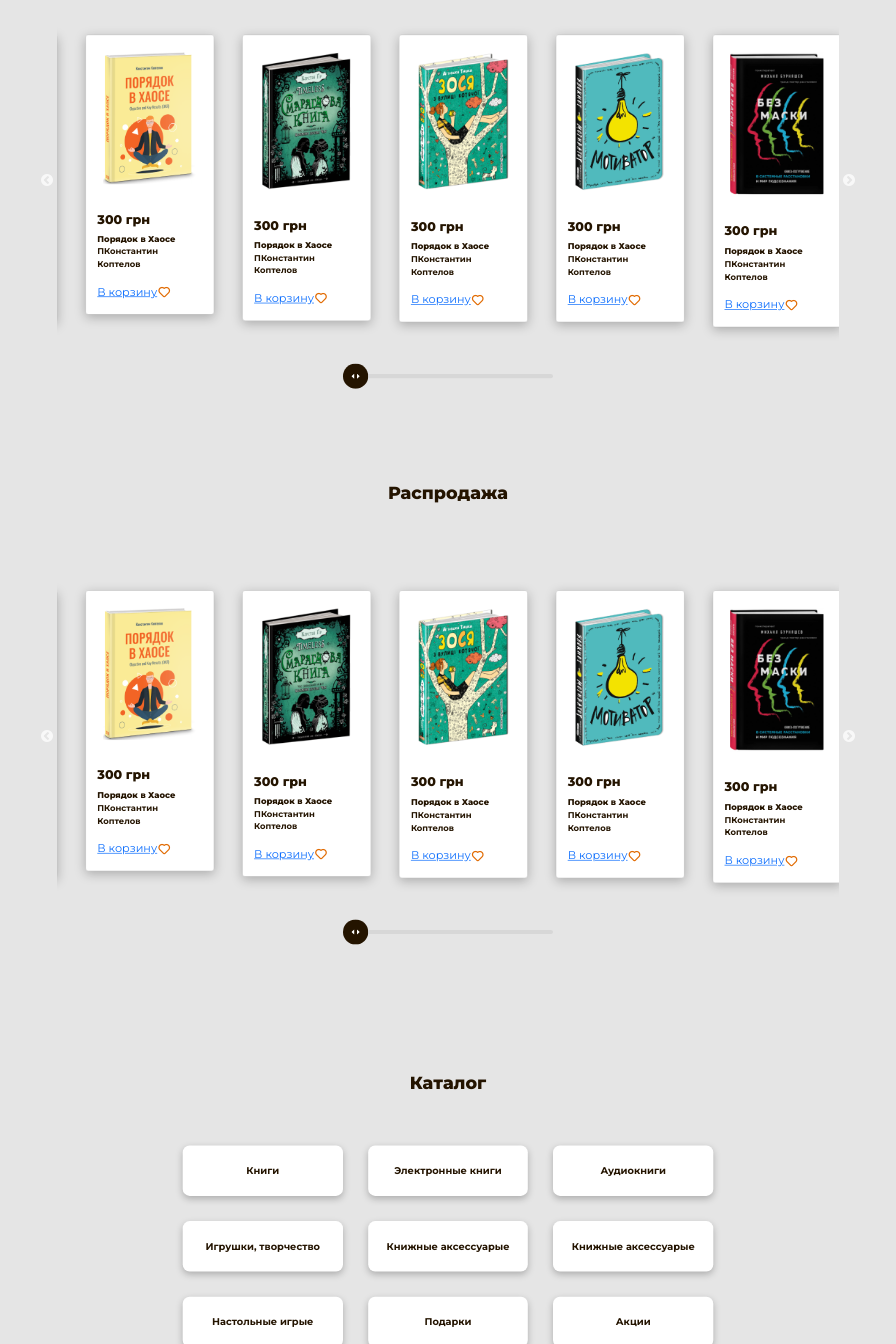
Repository: saidabbasun/New-folder
Page: /
The author's editor kept a copy of each file at every save. The page is drawn from the files as they stood at one save, then again after the next save.
The browser window is 1280 px wide. The pictures show the part of the page from y = 768 to 2688 px (the page is 3972 px tall before and 4008 px after), at 70% of full size.
The project was rebuilt for these pictures with package versions that can differ from the ones it lists, and the page was loaded fresh each time.

Above is the page before, as saved 2022-05-31 09:04:37.

### public/index.html
<!DOCTYPE html>
<html lang="en">
  <head>
    <meta charset="utf-8" />
    <link rel="icon" href="%PUBLIC_URL%/favicon.ico" />
    <meta name="viewport" content="width=device-width, initial-scale=1" />
    <meta name="theme-color" content="#000000" />

    <meta
      name="description"
      content="Web site created using create-react-app"
    />
    <link rel="stylesheet" href="https://unicons.iconscout.com/release/v4.0.0/css/line.css">

    <link href="https://cdn.jsdelivr.net/npm/bootstrap@5.0.2/dist/css/bootstrap.min.css" rel="stylesheet" integrity="sha384-EVSTQN3/azprG1Anm3QDgpJLIm9Nao0Yz1ztcQTwFspd3yD65VohhpuuCOmLASjC" crossorigin="anonymous">
    <title>React App</title>
  </head>
  <body>
    <noscript>You need to enable JavaScript to run this app.</noscript>
    <div id="root"></div>
    <script src="https://cdn.jsdelivr.net/npm/bootstrap@5.2.0-beta1/dist/js/bootstrap.bundle.min.js" ></script>

  </body>
</html>

### src/Components/Home/Home.jsx
import React from 'react'
import Header from './Header'
import Slider from '../../assets/img/Слайдер.png'
import '../../Style/Home/Home.scss';
import { Link } from 'react-router-dom';
const Home = () => {
  return (
    <div >
      <Header/>
      <div className=" container-xl pb-5 mb-5 Aktsiya " id='Aktsiya'  >

      <div className="card">
  <div className="card-body ">
    <h1 className="card-title ">Киниги от  А до Я</h1>
    <p className="card-text">В нашем магазине можно найти книгу на любой вкус. Большой ассортимент. Приятные цены. Интересные сюжеты.</p>
    <Link to="/Catalog" className="btn">Перейти в каталог</Link>

</div>
</div>

        <div className=" HomeSlider">
          <img className='HomeSlider' src={Slider} alt="Slider" />
        </div>
      </div>


    </div>
  )
}

export default Home;

### src/Components/Home/Catagory.jsx
import "../../Style/Home/Catagory.scss";
import {Link} from "react-router-dom";
import React from 'react'

import Carusel from "./Carusel";

const Catagory = () => {
  return (
    <div>
       <div className="mt-5 container-xl pb-5 mb-5 caruselContainer" >

          <nav className="navbar navbar-expand-xl navbar-light  align-items-center ">
          <Link to='/'  className="navbar-brand fw-bold">Горячие поступления </Link>
            <ul className="navbar-nav ">
              <li className="nav-item active">
                <Link className="nav-link" to="/">
                  Фантастика
                </Link>
              </li>
              <li className="nav-item">
              <Link className="nav-link" to="/">
                  Саморазвитие
                </Link>
              </li>
              <li className="nav-item">
              <Link className="nav-link" to="/">
                  Детективы
                </Link>
              </li>
              <li className="nav-item active">
              <Link className="nav-link" to="/">
                  Детские
                </Link>
              </li>
              <li className="nav-item">
              <Link className="nav-link" to="/">
                  Аудиокниги
                </Link>
              </li>
              <li className="nav-item">
              <Link className="nav-link" to="/">
                  Другие
                </Link>
              </li>
            </ul>

          </nav>

          <Carusel/>

          </div>
    </div>
  )
}

export default Catagory

### src/Style/Globl/_globl.scss
@import './variable';
@import './font-face.scss';
@import './Media.scss';

*{
    box-sizing: border-box;
    margin: 0;
    padding: 0;
    color: $color_text  ;
    list-style: none;
}
body{
    font-family: Montserrat;
    background: $color_bg;
    color: $color_text;
}

textarea:hover,
input:hover,
textarea:active,
input:active,
textarea:focus,
input:focus,
button:focus,
button:active,
button:hover,
label:focus,
.btn.active
{

    outline:0px !important;
    -webkit-appearance:none;
    box-shadow: none !important;
}
.container{
    width: 80vw;
    margin: 0 auto;
}
button,
a,
i{
    cursor: pointer;
}
li{
    .nav-link:hover{

        color: $color_HeartCart;
    }

}

### src/Components/Aktsiya/Aktsiya.jsx
import React from 'react'
import '../../Style/Aktsiya/Aktsiya.scss'
import Carusel from '../Home/Carusel'
import '../../Style/Home/Catagory.scss'
const Aktsiya = () => {
  return (
    <div>
        <div className="container-xl caruselContainer pb-5 mb-5" >
         <div className="title">
             <p>Распродажа</p>
         </div>

         <Carusel/>
         </div>

    </div>
  )
}

export default Aktsiya

### src/Components/Ctalog/Catalog.jsx
import React from 'react'
import { Link } from 'react-router-dom';
  import '../../Style/Catalog/Catalog.scss';
const Catalog = () => {

 const  listItem=['Книги','Электронные книги','Аудиокниги','Игрушки, творчество','Книжные аксессуарые','Книжные аксессуарые','Настольные игрые','Подарки','Акции']
  return (
    <div className=' container-xl pb-5  mb-5' id='Katalog'>
        <div className="title   pt-5">
            <p>Каталог</p>
        </div>
        <div className="CatalogWrapper" >
          {listItem.map((text,ind)=>(

     <Link key={ind}   className='Button ' to="/"> <span className='btnText'>{text} </span></Link>



          ))}
          </div>
        </div>

  )
}

export default Catalog

### src/Components/About/About.jsx
  import React from 'react'
import '../../Style/About/Abot.scss'
const About = () => {
const listItem=[
    {id:1, Namber:35,Text:'  Филиалов по всей стране'},
    {id:2, Namber:  898,Text:'   Товаров в каталоге'},
    {id:3, Namber:  38659,Text:' Покупателей'},
    {id:4, Namber:72,Text:'   Часоа доставка по городам'},
]
  return (

           <div className="container-xl pb-5 mb-5" id='About'>
               <div className="title">
             <p>О магазине</p>
         </div>
         <div className="Wrapperr">


               {listItem.map((data,id)=>(
         <div key={id} className='Wrapperr' >
         <p className="Namber">
             {data.Namber}
         </p>
         <p className="Text">
         {data.Text}
         </p>
         </div>
               ))}
           </div>



    </div>
  )
}

export default About

### src/Components/Dastafka/Dastafka.jsx
import React from 'react'
import { Link } from 'react-router-dom'
import '../../Style/Dastafka/Dastafka.scss'
const Dastafka = () => {
  return (
    <div className="container-xl pb-5  mb-5" id='Dastafka'>
    <div className="title">
        <p>Доставка</p>
    </div>
    <div className="d_Text">
        <p>Работаем без праздников и выходных! Жители Киева могут получить заказ уже в день его оформления. Клиенты из других городов Украины могут получить заказ в течение 1-5 дней в зависимости от местонахождения населенного пункта и выбранного способа доставки. Заказы на сумму свыше 1000 грн доставляются бесплатно*. Доступные способы, точные сроки и стоимость доставки Вы можете увидеть во время оформления заказа в корзине заказа, после выбора города доставки.


</p>
<Link to="/" className='d_link'>Подробнее</Link>
    </div>
    </div>
  )
}

export default Dastafka

### src/Components/Blog/Blog.jsx
import '../../Style/Blog/Blog.scss';
import React from 'react'
import { Link } from 'react-router-dom';

const Blog = () => {
  return (

         <div className="container-xl pb-5 mb-5" id='Blog'>
    <div className="title">
        <p>Следите за нами в социальных сетях</p>
    </div>

    <div className="Blog">
        <Link to="/"><i class="uil uil-facebook blogIcon "></i></Link>
        <Link to="/"><i  class="uil uil-twitter blogIcon"></i></Link>
        <Link to="/"><i class="uil uil-vk blogIcon "></i></Link>
        <Link to="/"><i class="uil uil-instagram blogIcon "></i></Link>
        <Link to="/"><i class="uil uil-youtube blogIcon"></i></Link>

    </div>
 </div>
  )
}

export default Blog

### src/Components/Footer/Footer.jsx
import '../../Style/Footer/Footer.scss';
import React from 'react'
import Logo from '../../assets/icon/FooterLogo.svg'
import { Link } from 'react-router-dom';

const Footer = () => {
  return (
    <div className='Footer'>
        <div className="GridItem  container-xl">

       <div>
       <img src={Logo} alt="" />
       </div>


        <div className="menu ">

        <Link className="link" to="/Aktsiya">Акции </Link>
        <Link className="link" to="/Katalog">Каталлог </Link>
        <Link className="link" to="/Dastafka">Доставка </Link>
        <Link className="link" to="/About">O магазине </Link>
        <Link className="link" to="/Blog">Блог </Link>


        </div>
      <div className="List">
        <ul>
           <Link className="link " to="/"> <li>Популярное</li></Link>
              <Link className="link " to="/"> <li>Книги для детей</li></Link>
              <Link className="link " to="/"> <li> Программирование</li></Link>
              <Link className="link " to="/"> <li> Психология</li></Link>
              <Link className="link " to="/"> <li> Бизнес</li></Link>
        </ul>
        <ul>
              <Link className="link " to="/"> <li>  Доставка  </li></Link>
              <Link className="link " to="/"> <li>Информация</li></Link>
              <Link className="link " to="/"> <li> Оплата</li></Link>
              <Link className="link " to="/"> <li>  O магазине</li></Link>

        </ul>
        <ul>
              <Link className="link " to="/"> <li>Помощь</li></Link>
              <Link className="link " to="/"> <li>  Контакты</li></Link>
              <Link className="link " to="/"> <li> Возврат товара</li></Link>
              <Link className="link " to="/"> <li> Помощь покупателю</li></Link>

        </ul>
        </div>
        <div className="Tel">
            <p className="TelNumber">
            +38 (071) 339-16-26
            </p>
            <Link to="/"><button className='tel_Btn   '>Заказать звонок</button></Link>
        </div>
        </div>
        <div className="footerBootomText">
            <p className='Text'>Все права защищены © 2003-2021 БИБЛИОТЕЧНАЯ </p>
            <p className='Text'> Условия использования | Политика конфиденциальности</p>
        </div>
    </div>
  )
}

export default Footer

### src/Style/Home/Home.scss
@import '../Globl/variable';
.Aktsiya{

   display: flex;
 align-items: center;
   row-gap: 200px;
   padding-top: 161px;
   padding-bottom:80px ;

.card{
    background-color: transparent;

    border: none;

}
.card-title{
    font-family: MontserratBolt;
    font-weight: 900;
font-size: 36px;
font-style: normal;
}

}
.HomeSlider{
    max-width: 600px;
}

### src/Style/Home/Catagory.scss
@import '../Globl/variable';

    .cardWrapper{
     padding: 50px   0 ;

    }

    .caruselContainer{

      .nav-link{
        font-size: 12px;
      }
      .navbar-nav{
        display: flex;      }
    }
    .Catagorycard{

          margin: 20px 0px 20px 40px;
    max-width: 184px;
    box-shadow: 0px 4px 15px rgba(0, 0, 0, 0.25);
}
.card-title{
    font-family: MontserratBolt;
    font-weight: 700;
font-size: 18px;
}
.card-text{
    font-weight: 700;
font-size: 12px;
}
.bookName{
    font-family: MontserratBolt;
    font-style: normal;
font-weight: 700;
font-size: 12px;
}
.btn{
    font-family: MontserratBolt;
    background-color:$color_HeartCart ;
    box-shadow: 0px 3px 8px rgba(225, 106, 0, 0.19);
    color: $color_white;
    font-weight: 900;
font-size: 12px;
text-transform: uppercase;
}
i{
    font-size: 20px;
    color: $color_HeartCart;
}

.scrollInput{
  margin-top: 47px;
  width: 100%;
  display: flex;
  justify-content: center;
}


input[type="range"] {
  -moz-appearance: none;
  -webkit-appearance: none;
  background: #D7D7D7;
  border-radius: 3px;
  height: 6px;
  width: 300px;
  cursor: pointer;
}
  input[type="range"]::-webkit-slider-thumb {
    appearance: none;
    -webkit-appearance: none;
    background-color:$color_text;
    background-image: url("data:[embedded picture, 262 characters]");
    background-position: center;
    background-repeat: no-repeat;
    border: 0;
    border-radius: 50%;
    cursor: pointer;
    height: 36px;
    width: 36px;
  }


  input[type="range"]::-moz-focus-outer {
    border: 0;
  }

### src/Components/Home/Carusel.jsx

import Slider from "react-slick";
import {Link} from "react-router-dom";
import React, { Component } from "react";
import Book2 from "../../assets/img/image 2.png";
import Book3 from "../../assets/img/image 3.png";
import Book4 from "../../assets/img/image 4.png";
import Book5 from "../../assets/img/image 5.png";
import Book6 from "../../assets/img/image 6.png";
import "../../Style/Home/Catagory.scss";
import "slick-carousel/slick/slick.css";
import "slick-carousel/slick/slick-theme.css";

export default class Carusel extends Component {

    state = {
      slideIndex: 0,
      updateCount: 0,
    };


    render() {
     const listItem=[
        {id:1, img: Book2 , title:"300 грн",bookName:"Порядок в Хаосе",text:"ПКонстантин Коптелов"},
        {id:2, img: Book3 , title:"300 грн",bookName:"Порядок в Хаосе",text:"ПКонстантин Коптелов"},
        {id:3, img: Book4 , title:"300 грн",bookName:"Порядок в Хаосе",text:"ПКонстантин Коптелов"},
        {id:4, img: Book5 , title:"300 грн",bookName:"Порядок в Хаосе",text:"ПКонстантин Коптелов"},
        {id:5, img: Book6 , title:"300 грн",bookName:"Порядок в Хаосе",text:"ПКонстантин Коптелов"},
        {id:6, img: Book2 , title:"300 грн",bookName:"Порядок в Хаосе",text:"ПКонстантин Коптелов"},
        {id:7, img: Book3 , title:"300 грн",bookName:"Порядок в Хаосе",text:"ПКонстантин Коптелов"},
        {id:8, img: Book4 , title:"300 грн",bookName:"Порядок в Хаосе",text:"ПКонстантин Коптелов"},
        {id:9, img: Book5 , title:"300 грн",bookName:"Порядок в Хаосе",text:"ПКонстантин Коптелов"},
      ]
      const settings = {
        dots: false,

        infinite: true,
        speed: 500,
        slidesToShow: 5,
        slidesToScroll: 1,

        afterChange: () =>
          this.setState((state) => ({ updateCount: state.updateCount + 1 })),
        beforeChange: (current, next) => this.setState({ slideIndex: next }),
        responsive: [
          {
            breakpoint: 1024,
            settings: {
              slidesToShow: 5 ,
              slidesToScroll: 1,
              infinite: true,
              dots: true,
            },
          },
          {
            breakpoint:992 ,
            settings: {
              slidesToShow: 3,
              slidesToScroll: 1,
              initialSlide: 2,
            },
          },
          {
            breakpoint: 480,
            settings: {
              slidesToShow: 1,
              slidesToScroll: 1,

            },
          },
        ],
      };

      return (
<div>
<div className="cardWrapper">
            <Slider
              className="Slider"
              ref={(slider) => (this.slider = slider)}
              id="Card"
              {...settings}
            >
         {listItem.map((data,ind)=>(
                <div key={ind} className="card Catagorycard">

                <img  className="card-img-top p-4"  src={data.img} alt="CardImage" />

                <div className="card-body">
                  <h5 className="card-title ">{data.title}</h5>
                  <p className="bookName mb-0 fw-bold"> {data.bookName}</p>
                  <p className="card-text ">{data.text} </p>
                  <div className="d-flex align-items-center">
                    <Link  to='/' lassName="btn  rounded m-2">
                      В корзину
                    </Link>
                    <i className="uil uil-heart"></i>
                  </div>
                </div>
              </div>
         ))}
            </Slider>
            <div className="scrollInput">
              <input
                onChange={(e) => this.slider.slickGoTo(e.target.value)}
                value={this.state.slideIndex}
                type="range"
                min={0}
                max={listItem.length-1}
              />
            </div>
         </div>
       </div>
      );
    }
  }

### src/Style/Globl/_variable.scss
// colorcolor_HeartCart
$color_white:#FFFFFF;
$color_bg:#E5E5E5;
$color_border: rgba(105, 103, 100, 0.59);
$color_HeartCart:#E16A00;
$color_text:#241400;
$color_footer:#391F00;

### src/Style/Globl/font-face.scss


@font-face {
    font-family:MontserratBolt ;

    src:  url('../../assets/fontFamily/Montserrat/static/Montserrat-ExtraBold.ttf');
  }
  @font-face {
    font-family:Montserrat ;

    src:  url('../../assets/fontFamily/Montserrat/Montserrat-VariableFont_wght.ttf');
  }

### src/Style/Globl/Media.scss
@import './variable';


// Tablet media query

@media (max-width: 992px) {


    .navbarHeader {
    display: none;

    }
    .Aktsiya{
        flex-direction: column;
        text-align: center;

            gap: 50px;
    }

    .caruselContainer{
        max-width: 88vw;
    }

    .Catagorycard{
        margin: 20px 0px 20px 15px;
    }



   }
   @media (max-width: 420px){
       #Aktsiya{
           .card-title{
               font-size: 30px;
           }
       }

       .Catagorycard{
        margin: 20px 0px 20px 45px;
        max-width: 220px;
       }
       .HomeSlider{
           width: 320px;
       }

   }

### src/Style/Aktsiya/Aktsiya.scss
.title{
    font-weight: 900;
font-size: 25px;
font-family: MontserratBolt;
text-align: center;
margin-bottom: 50px;
}

### src/Style/Catalog/Catalog.scss
@import '../Globl/variable';

.CatalogWrapper{
    max-width: 798px;
    padding: 20px;
    margin: 0 auto;
    display:grid;
    grid-template-columns:repeat(3,1fr);
    gap: 36px;
}
@media (max-width: 420px){

    .CatalogWrapper{
     display:grid;
     grid-template-columns:1fr;
     padding:0 20px;
    }
}
.Button{
    background:$color_white;
box-shadow: 0px 4px 11px rgba(0, 0, 0, 0.25);
border-radius: 10px;
border: none;
padding: 24px 0;
text-align: center;
text-decoration: none;
}
.btnText{

 color: $color_text;
    font-weight: 700;
    font-size: 14px;
}

### src/Style/About/Abot.scss
@import '../Globl/variable';

.Wrapperr{
    display: flex;
    align-items: center;
    column-gap: 27px;
    justify-content: center;
}
.Namber{
    font-style: normal;
font-weight: 900;
font-size: 50px;
font-family: MontserratBolt;
}
@media (max-width: 992px) {
    .Wrapperr{
        display: grid;
        grid-template-columns: auto auto;
    }
}
@media (max-width: 420px) {
    .Wrapperr{
        display: grid;
        grid-template-columns: auto ;
        text-align: center;
    }
}

### src/Style/Dastafka/Dastafka.scss
@import '../Globl/variable';
.d_Text{
    font-style: normal;
font-weight: 400;
font-size: 12px;
display: flex;
flex-direction: column;
align-items: center;
text-align: center;

}
.d_link{
    text-decoration: none;
    color: $color_text;
    font-size: 15px;
    font-weight: 900;
    &:hover{
        color: #000;
    }
}

### src/Style/Blog/Blog.scss
@import '../Globl/variable';
.blogIcon{

    color: $color_text;
    font-size: 50px;
    padding: 5px;

}
.Blog{
    margin-top: -20px;
    text-align: center;
}

### src/Style/Footer/Footer.scss
@import '../Globl/variable';
.Footer{
    padding: 36px 0 8px;
    background-color: $color_footer;

}


   .menu{
    display: none;


   }

   .link{
    text-decoration: none;
    font-size: 10px;
    font-weight: 400;
    color:$color_white

}



.GridItem{
    display: grid;
 grid-template-columns: 15% 1fr 15%;

    align-items: center;

}
.List{
    font-style: normal;
font-weight: 400;
font-size: 15px;
    display: grid;
grid-template-columns: repeat(3,1fr);
padding: 50px 110px;
li{
    color: $color_white;
}

}


.Tel{
    display:grid ;
    grid-column: 10px;

}
.TelNumber{
    color: $color_white;
}
.tel_Btn{
    background-color: transparent;
    border: 1px solid $color_HeartCart;
    color: $color_HeartCart;
    padding: 4px 6px;
}

li:nth-child(1) {
        font-size: 20px;
}
.footerBootomText{
    display: flex;
    align-self: center;
    justify-content: center;
    gap:70px;

    .Text{
        font-weight: 400;
        font-size: 12px;
        color: $color_white;
    }
}

@media (max-width: 992px) {
    .menu{
   display: flex;
   align-items: center;
   gap: 20px;

    }


.GridItem {
      grid-template-columns:auto auto auto;
      grid-auto-flow: dense;

    }
    .List {
        grid-column: 1 / 3;
        padding: 0;
      }

}
@media (max-width: 420px){
    .List{
display: block;
font-size: 12px;

    }
    .menu{
        display: none;
    }
    .footerBootomText{
        display: block;
        padding: 20px;
    }

}

### src/Style/Home/Header.scss
@import '../Globl/variable';

.header{
    position: fixed;
    left: 0;
    right: 0;
    top: 0;
    z-index: 1;


.nav-link{
 color: $color_text;
font-weight: 600;
font-size: 13px;
}

}
.searchForm{
    max-width: 200px;
    display: flex;
    align-items: center;
    border-bottom: 1px solid  $color_border;
    input{
        border: none;
        background: transparent;
        font-size: 12px;
    }

    input:focus{
        box-shadow: none;
        background: transparent;
    }
}
.heartCart{
gap: 10px;
i{

    color: $color_HeartCart;
    font-size: 40px;

}
}
.dropdown {

    button{
border: none;
outline: none;
background-color: transparent;
        font-size: 14px;
            }
}
.dropdown-menu{
    font-weight: 400;
    font-size: 14px;
    background-color: $color_bg;
}
.HeaderBg{
    background-color: $color_white;
    box-shadow: 0px 15px 10px -15px #000;
  }
.RightModal{
    position: fixed;
    right: -100%;
    z-index: 2;
    top: 0;
    height: 100%;
  background: rgba(36, 20, 0, 0.9);
  text-align: end;
  max-width: 300px;
  transition: all 0.3s ease-in;
}
.ModalMenu{
    margin-left: auto;
    padding: 43px 15px;
    display: grid;
    gap: 10px;

}
.navbarModal{
    li{
        margin-bottom: 10px;
    }
.nav-link{
        color: $color_white;
    }
}
.modalOpen{
    right: 0;

}

Loaded but not shown: src/index.js (common file); src/App.js (29 lines, source omitted); src/Components/Home/Header.jsx (117 lines, source omitted)

After the next save:
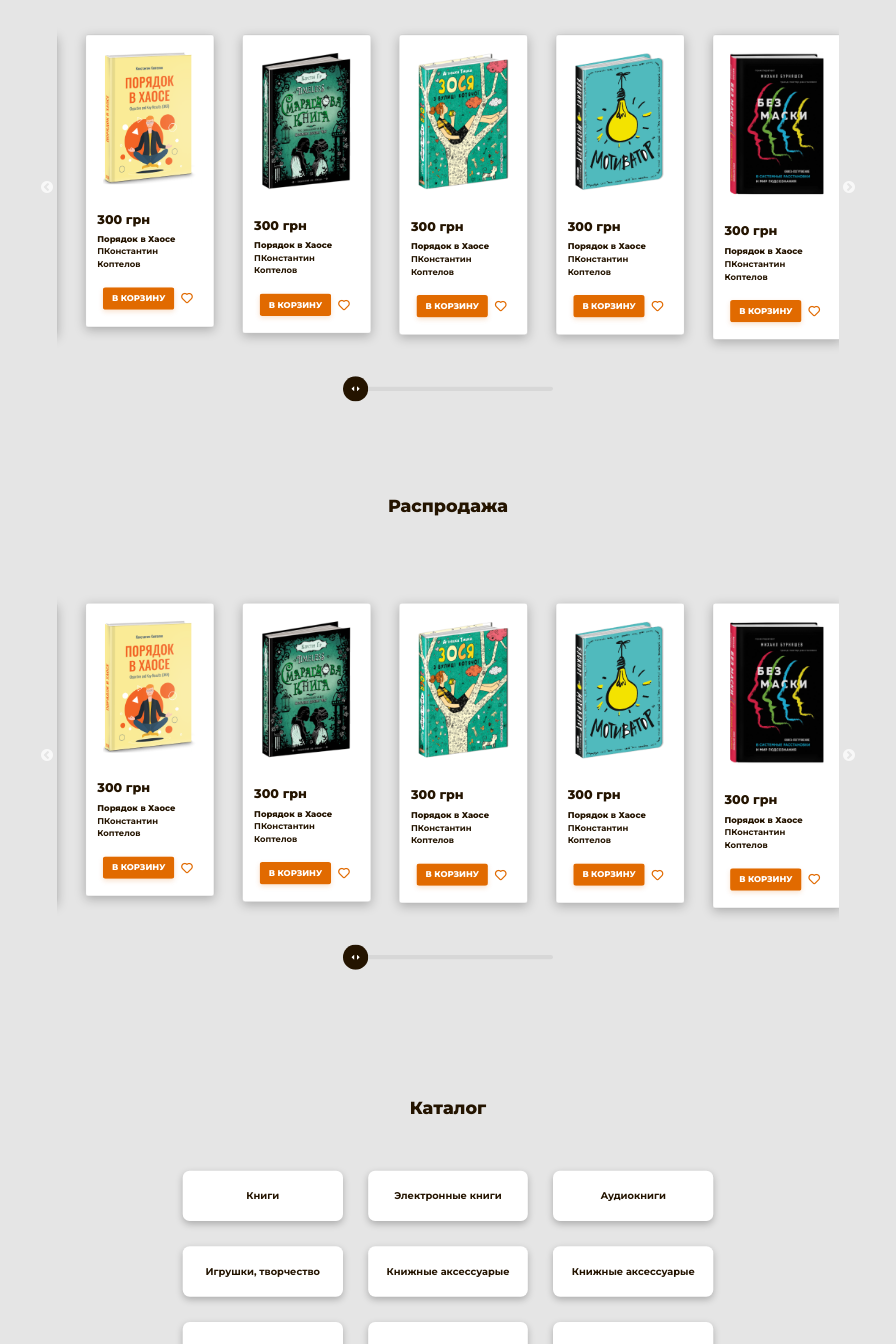
Saved 7 s later.
--- a/src/Components/Home/Carusel.jsx
+++ b/src/Components/Home/Carusel.jsx
@@ -90,7 +90,7 @@
                   <p className="bookName mb-0 fw-bold"> {data.bookName}</p>
                   <p className="card-text ">{data.text} </p>
                   <div className="d-flex align-items-center">
-                    <Link  to='/' lassName="btn  rounded m-2">
+                    <Link  to='/' className="btn  rounded m-2">
                       В корзину
                     </Link>
                     <i className="uil uil-heart"></i>
